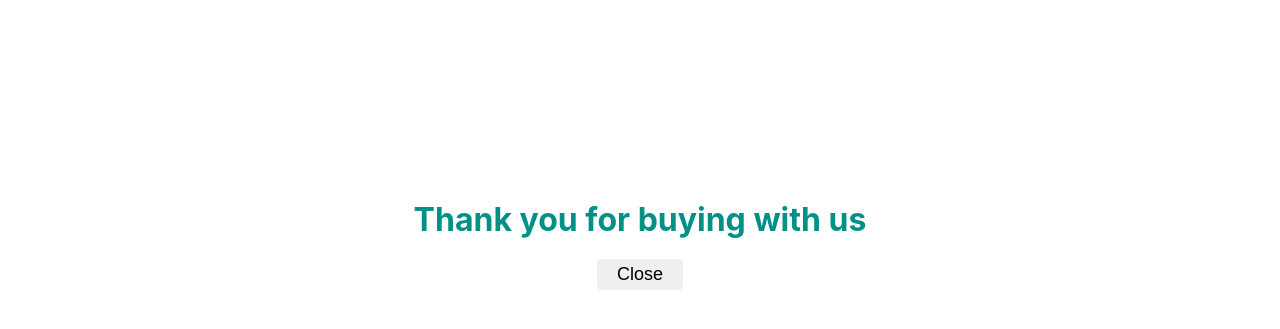
Repository: Yowani24/ecocarbon
Page: /successPage
An editor plug-in stored every save of this project. The page is shown before and after a run of saves, followed by the edit.
The browser window is 1280 px wide. The pictures show the whole page.
The project was rebuilt for these pictures with package versions that can differ from the ones it lists, and the page was loaded fresh each time. The framework's server and built-in components were replaced by stand-ins that run in the browser. Also part of the build but not shown: next.config.js.

Above is the page before, as saved 2021-09-29 20:41:22.

### pages/_app.js
import '../styles/globals.css'
import { CreditProvider } from './product/CreditList'

function MyApp({ Component, pageProps }) {
  return (
    <CreditProvider>
      <Component {...pageProps} />
    </CreditProvider>
  )
}

export default MyApp

### pages/successPage.js
import React from 'react';

export default function successPage(props) {
    return (
        <div className="thank_you_message">
            <h1>Thank you for buying with us</h1>
            <button>Close</button>
        </div>
    );
}

### styles/globals.css
html,
body {
  padding: 0;
  margin: 0;
  font-family: -apple-system, BlinkMacSystemFont, Segoe UI, Roboto, Oxygen,
    Ubuntu, Cantarell, Fira Sans, Droid Sans, Helvetica Neue, sans-serif;
}

a {
  color: inherit;
  text-decoration: none;
}

* {
  margin: 0;
  box-sizing: border-box;
}

.thank_you_message{
  display: flex;
  flex-direction: column;
  justify-content: center;
  align-items: center;
  color: #009186;
  padding-top: 200px;
}

.thank_you_message button{
  margin-top: 20px;
  border: none;
  padding: 5px 20px;
  border-radius: 4px;
  font-size: 18px;
}

### pages/product/CreditList.js
import React, { useState, createContext } from 'react';

export const CreditList = createContext();

export const CreditProvider = (props) => {
    const [credit, setCredit] = useState([
        {
            id: '1',
            product: 'Carbon Credit',
            price: 120,
            description: 'More details goes here like description',
        },
        {
            id: '2',
            product: 'Carbon Credit',
            price: 120,
            description: 'More details about the product'
        },
        {
            id: '3',
            product: 'Carbon Credit',
            price: 120,
            description: 'More details for the items'
        },
        {
            id: '4',
            product: 'Carbon Credit',
            price: 120,
            description: 'More details to provide about carb cred',
        }

    ]);

    const [cartItems, setCartItems] = useState([]);

    const onAdd = (credit) => {
        const exist = cartItems.find((x) => x.id === credit.id);
        if(exist) {
            setCartItems(cartItems.map((x) => x.id === credit.id ? {...exist, quantity: exist.quantity + 1} : x));
        }else{
            setCartItems([...cartItems, {...credit, quantity: 1}])
        }
    }

    const onRemove = (credit) => {
        const exist = cartItems.find((x) => x.id === credit.id);
        if(exist.quantity === 1) {
            setCartItems(cartItems.filter((x) => x.id !== credit.id));
        }else{
            setCartItems(cartItems.map((x) => x.id === credit.id ? {...exist, quantity: exist.quantity - 1} : x));
        }
    }

    return (
        <CreditList.Provider value={{credits:[credit, setCredit], cartContent:[cartItems, setCartItems], onAdd: onAdd, onRemove:onRemove }}>
            {props.children}
        </CreditList.Provider>
    );
}

After the next 2 saves:
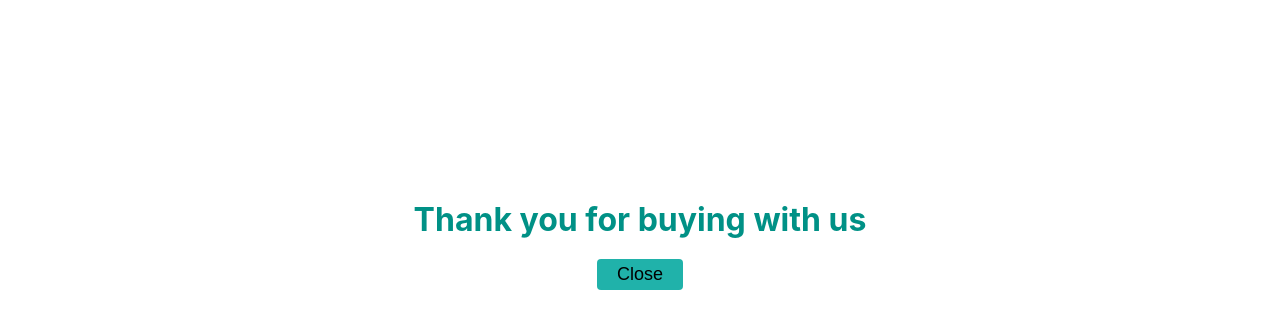
The 2 saves are shown as one change because they came seconds apart.
The last was saved 35 s later.
--- a/styles/globals.css
+++ b/styles/globals.css
@@ -31,4 +31,5 @@ a {
   padding: 5px 20px;
   border-radius: 4px;
   font-size: 18px;
+  background: #20b2aa;
 }
